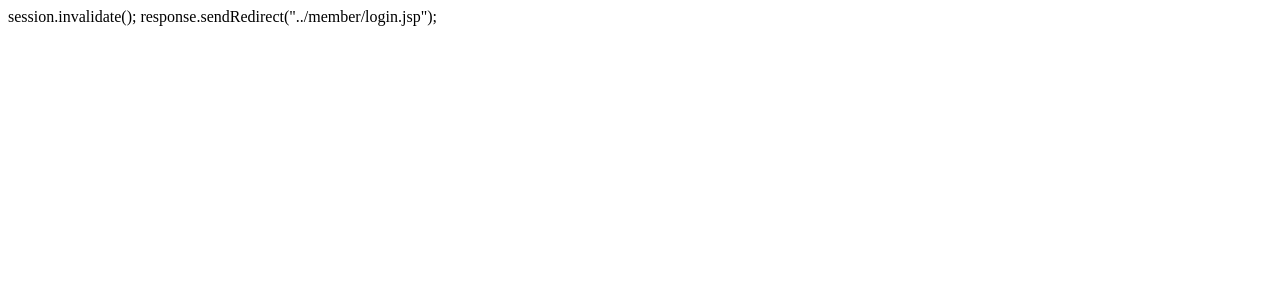
Repository: gpqls12321/public
Page: http://localhost/bizpoll/member/logout.jsp
An editor plug-in stored every save of this project. The page is shown before and after the next save, followed by the edit.
The browser window is 1280 px wide. The pictures show the whole page.
The page is served by Tomcat 9.

Above is the page before, as saved 2021-04-20 07:27:22.

After the next save:
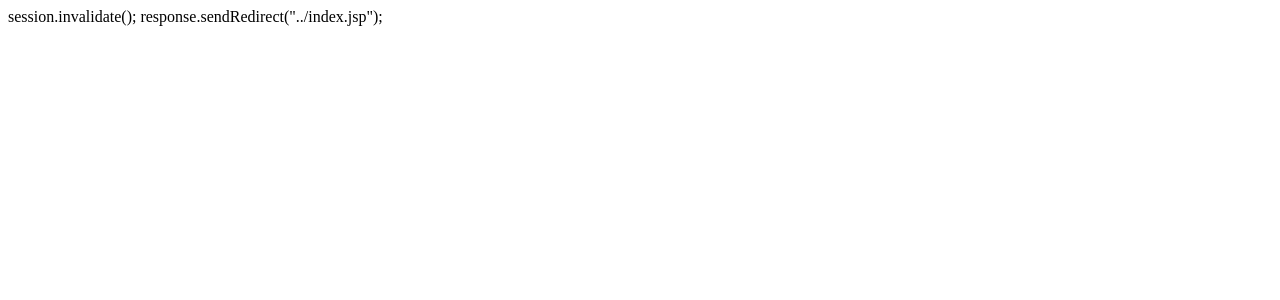
Saved 46 s later.
--- a/bizpoll/WebContent/member/logout.jsp
+++ b/bizpoll/WebContent/member/logout.jsp
@@ -9,7 +9,7 @@
 <body>
 
 session.invalidate();
-response.sendRedirect("../member/login.jsp");
+response.sendRedirect("../index.jsp");
 
 </body>
 </html>
